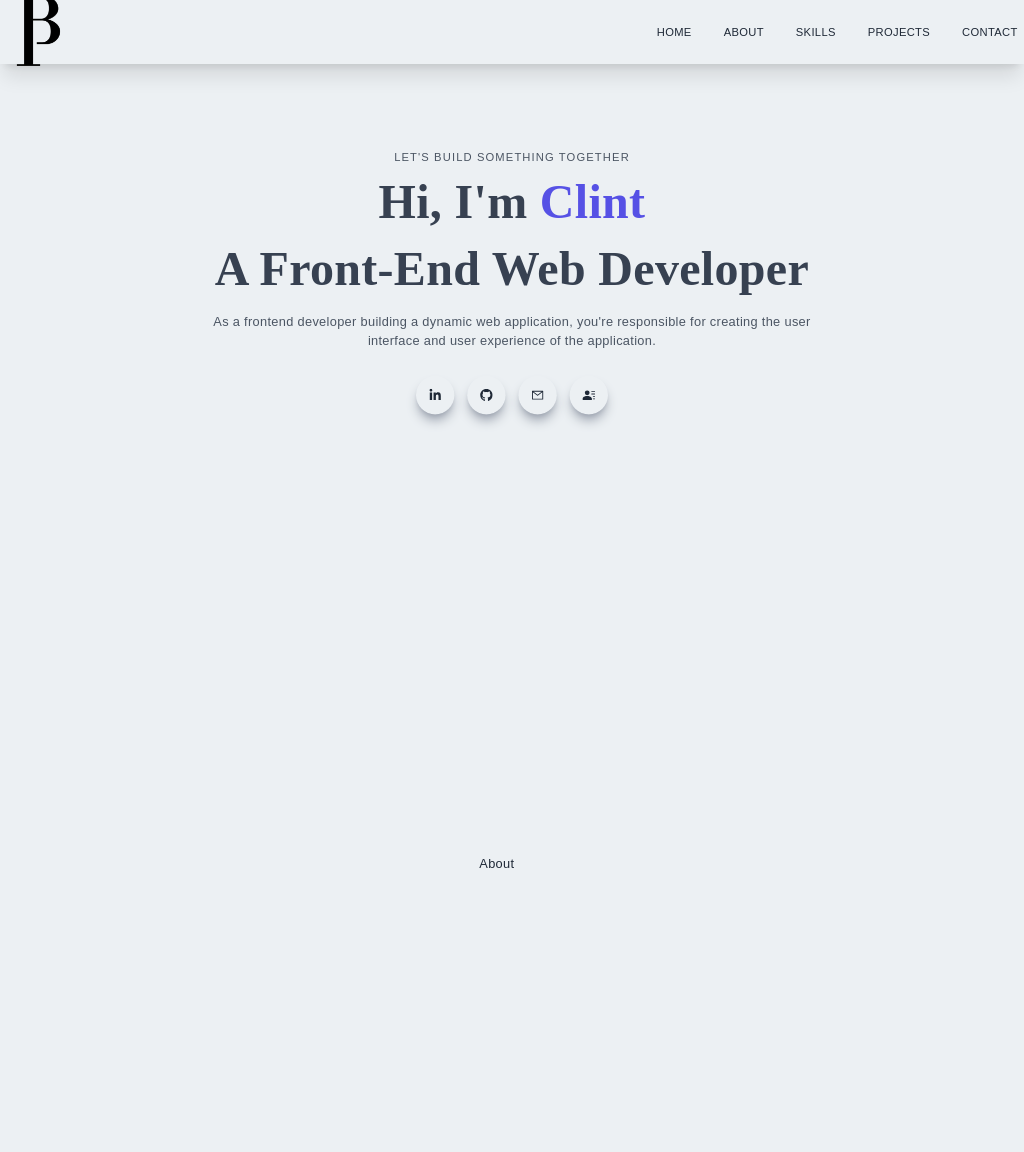
Repository: bittu-Patel/portfolio-resume-next-js
Page: /
The author's editor kept a copy of each file at every save. The page is drawn from the files as they stood at one save, then again after the next save.
The browser window is 1280 px wide. The pictures show the whole page, at 80% of full size.
The project was rebuilt for these pictures with package versions that can differ from the ones it lists, and the page was loaded fresh each time. The framework's server and built-in components were replaced by stand-ins that run in the browser. Also part of the build but not shown: next.config.js.

Above is the page before, as saved 2023-09-22 13:28:27.

### pages/_app.js

import '../styles/globals.css'

 function App({ Component, pageProps }) {
  return <Component {...pageProps} />
}

export default App

### pages/index.js
import About from '../components/About.jsx'
import Main from '../components/Main.jsx'
import Navbar from '../components/Navbar.jsx'
import React from 'react'

const index = () => {
  return (
    <div>
      <Navbar />
     <Main />
     <About />
    </div>
  )
}

export default index

### components/About.jsx
import React from 'react'

const About = () => {
  return (
    <div className='w-full md:h-screen p-2  flex items-center py-16'>
        <div className='max-w-[1240] m-auto md:grid grid-cols-3 gap-8'>
            <div className='col-span-2'>
                <p>About</p>

                <h2></h2>


                <p></p>

            </div>
            <div></div>
        </div>
    </div>
  )
}

export default About

### components/Main.jsx
import { AiOutlineMail } from 'react-icons/ai'
import { BsFillPersonLinesFill } from 'react-icons/bs';
import { FaGithub, FaLinkedinIn } from 'react-icons/fa'

const Main = () => {
  return (
    <div className='w-full h-screen text-center'>
      <div className='max-w-[1240px] w-full h-full mx-auto p-2 flex justify-center items-center'>
        <div>
<p className='uppercase text-sm tracking-widest text-gray-600'>Let&apos;S build something together</p>
<h1 className='py-4 text-gray-700'>
            Hi, I&#39;m <span className='text-[#5651e5]'> Clint</span>
          </h1>
          <h1 className=' py-2 text-gray-700'>
          A Front-End Web Developer
          </h1>
          <p className='py-4 text-gray-600 max-w-[70%] m-auto'>As a frontend developer building a dynamic web application, you&apos;re responsible for creating the user interface and user experience of the application.</p>
        <div className=' gap-4 flex items-center justify-center max-w-[330px] m-auto py-4'>
<div className='rounded-full shadow-lg shadow-gray-400 p-4 cursor-pointer hover:scale-105 ease-in duration-300'>
  <FaLinkedinIn />
</div>
<div className='rounded-full shadow-lg shadow-gray-400 p-4 cursor-pointer hover:scale-105 ease-in duration-300'>
  <FaGithub />
</div>
<div className='rounded-full shadow-lg shadow-gray-400 p-4 cursor-pointer hover:scale-105 ease-in duration-300'>
  <AiOutlineMail />
</div>
<div className='rounded-full shadow-lg shadow-gray-400 p-4 cursor-pointer hover:scale-105 ease-in duration-300'>
  <BsFillPersonLinesFill />
</div>
        </div>
        </div>
      </div>
    </div>
  )
}

export default Main

### components/Navbar.jsx
import Image from 'next/image'
import React, { useState } from 'react'
import { FaGithub, FaLinkedinIn } from 'react-icons/fa';
import { BsFillPersonLinesFill } from 'react-icons/bs';
import Link from 'next/link'
import { AiOutlineClose, AiOutlineMenu ,AiOutlineMail } from 'react-icons/ai'

const Navbar = () => {
    const [nav, setNav] = useState(false)

    const handleNav = () => {
        setNav(!nav)
    }
  return (
    <div className='fixed w-full h-20 shadow-xl z-[100]'>
<div className='flex justify-between items-center w-full h-full px-2 2xl:px-16'>
    <Image src="/../assets/navLogo.png" alt="/" width='80' height='20' />
<div>
    <ul className='hidden md:flex'>
        <Link href='/'>
            <li className='ml-10 text-sm uppercase hover:border-b'>Home</li>
        </Link>
        <Link href='/'>
            <li className='ml-10 text-sm uppercase hover:border-b'>About</li>
        </Link>
        <Link href='/'>
            <li className='ml-10 text-sm uppercase hover:border-b'>Skills</li>
        </Link>
        <Link href='/'>
            <li className='ml-10 text-sm uppercase hover:border-b'>Projects</li>
        </Link>
        <Link href='/'>
            <li className='ml-10 text-sm uppercase hover:border-b'>Contact</li>
        </Link>
    </ul>
    <div onClick={handleNav} className='md:hidden'>
    <AiOutlineMenu />
    </div>
</div>
</div>
<div className={nav ? 'md:hidden fixed left-0 top-0 w-full h-screen bg-black/70' : ''}>
<div
          className={
            nav
              ? ' fixed left-0 top-0 w-[75%] sm:w-[60%] md:w-[45%] h-screen bg-[#ecf0f3] p-10 ease-in duration-500'
              : 'fixed left-[-100%] top-0 p-10 ease-in duration-500'
          }
        >
 <div >
    <div className='flex w-full items-center justify-between'>
<Image src="/../assets/navLogo.png" width='80' height='30' alt='/'/>
<div onClick={handleNav} className='rounded-full shadow-lg shadow-gray-400 p-3 cursor-pointer'>
<AiOutlineClose />
</div>
    </div>
    <div onClick={handleNav} className='border-b border-gray-300 my-4'>
        <p className='w-[85%] md:w-[90%] py-4'>Let&apos;S build something together </p>
    </div>
 </div>
 <div className='py-2 flex flex-col'>
    <ul className='uppercase'>
        <Link href='/'>
            <li className='py-4 text-sm'>Home</li>
        </Link>
        <Link href='/'>
            <li className='py-4 text-sm'>About</li>
        </Link>
        <Link href='/'>
            <li className='py-4 text-sm'>Skills</li>
        </Link>
        <Link href='/'>
            <li className='py-4 text-sm'>Projects</li>
        </Link>
        <Link href='/'>
            <li className='py-4 text-sm'>Contact</li>
        </Link>
    </ul>
    <div className='pt-40'>
 <p className='uppercase tracking-widest text-[#5651e5]'>
    Let&apos;S Connect
    </p>
    <div className='flex items-center justify-between my-4 w-full sm:w-[80%]'>
 <div className='rounded-full shadow-lg shadow-gray-400 p-3 cursor-pointer hover:scale-105 ease-in duration-300'>
 <FaLinkedinIn />
 </div>
 <div className='rounded-full shadow-lg shadow-gray-400 p-3 cursor-pointer hover:scale-105 ease-in duration-300'>
 <FaGithub />
 </div>
 <div className='rounded-full shadow-lg shadow-gray-400 p-3 cursor-pointer hover:scale-105 ease-in duration-300'>
 <AiOutlineMail />
 </div>
 <div className='rounded-full shadow-lg shadow-gray-400 p-3 cursor-pointer hover:scale-105 ease-in duration-300'>
 <BsFillPersonLinesFill />
 </div>
</div>
    </div>
 </div>
    </div>
</div>
    </div>
  )
}

export default Navbar

Loaded but not shown: pages/_document.tsx (common file); styles/globals.css (common file); tailwind.config.ts (common file)

After the next save:
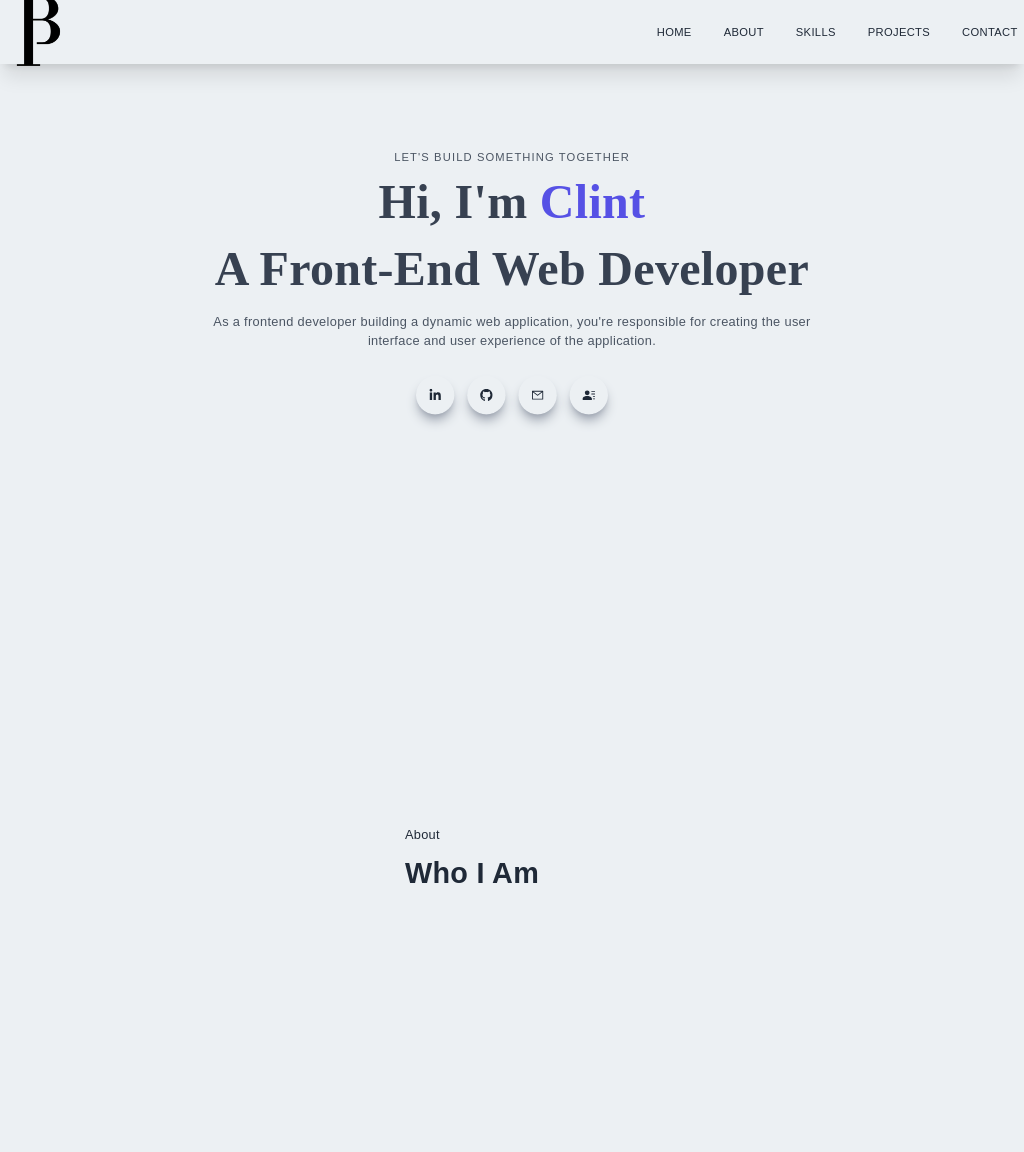
Saved 42 s later.
--- a/components/About.jsx
+++ b/components/About.jsx
@@ -7,7 +7,8 @@ const About = () => {
             <div className='col-span-2'>
                 <p>About</p>
 
-                <h2></h2>
+                <h2 className='py-4'>Who I Am</h2>
+
 
 
                 <p></p>
